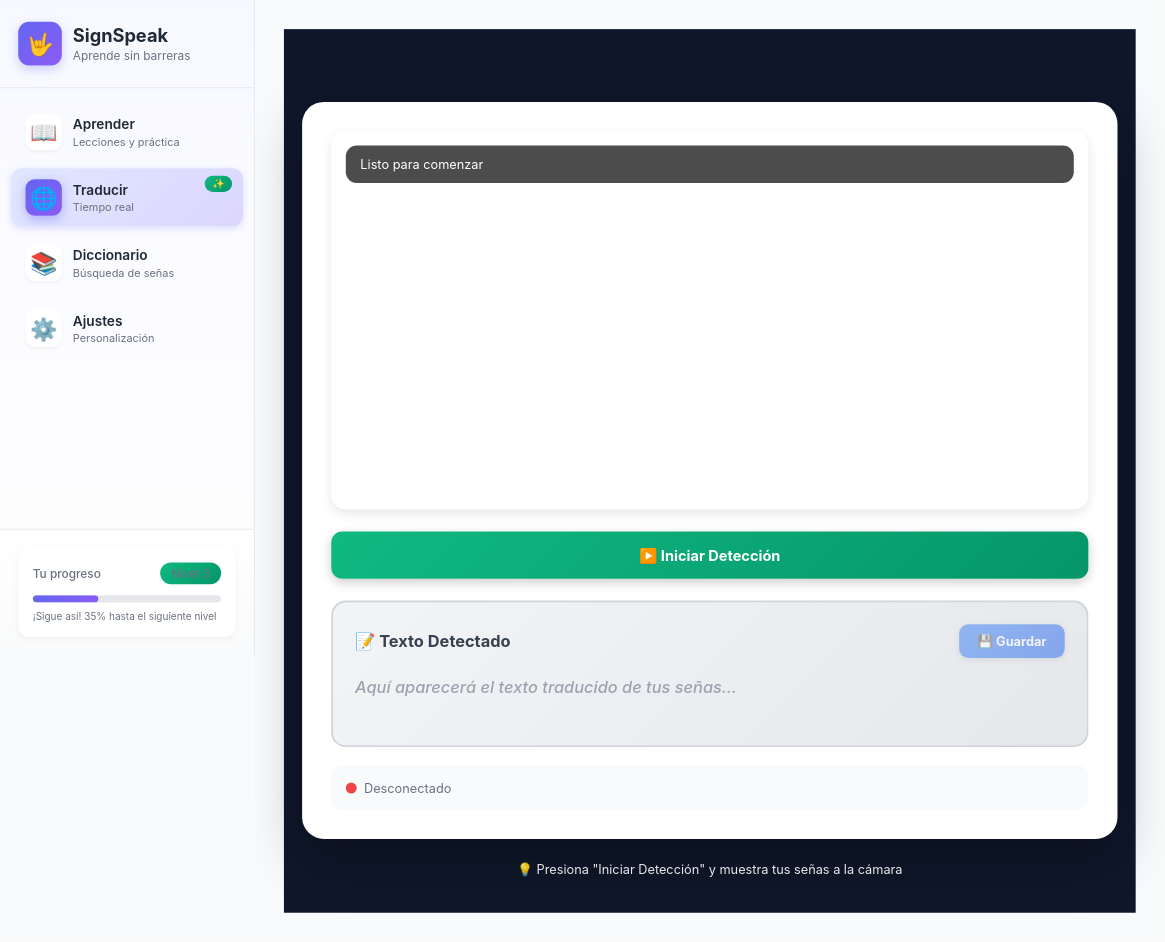
Repository: Aucarure/SignSpeak
Page: / (app in Usuario/frontend/)
The author's editor kept a copy of each file at every save. The page is drawn from the files as they stood at one save, then again after the next save.
The browser window is 1280 px wide. The pictures show the whole page, at 91% of full size.
The page's requests for data from a server got no answer. The project was rebuilt for these pictures with package versions that can differ from the ones it lists, and the page was loaded fresh each time. No one was signed in, and anything a server would have sent is missing. Also part of the build but not shown: Usuario/frontend/vite.config.js, Usuario/frontend/src/pages/Learn.jsx, Usuario/frontend/src/pages/Dictionary.jsx, Usuario/frontend/src/pages/Settings.jsx, Usuario/frontend/src/api/diccionario.js, Usuario/frontend/src/hooks/useDiccionario.js, Usuario/frontend/src/components/diccionario/SenaCard.jsx, Usuario/frontend/src/components/diccionario/UnityPlayer.jsx and 2 more.

Above is the page before, as saved 2025-12-04 11:43:40.

After the next save:
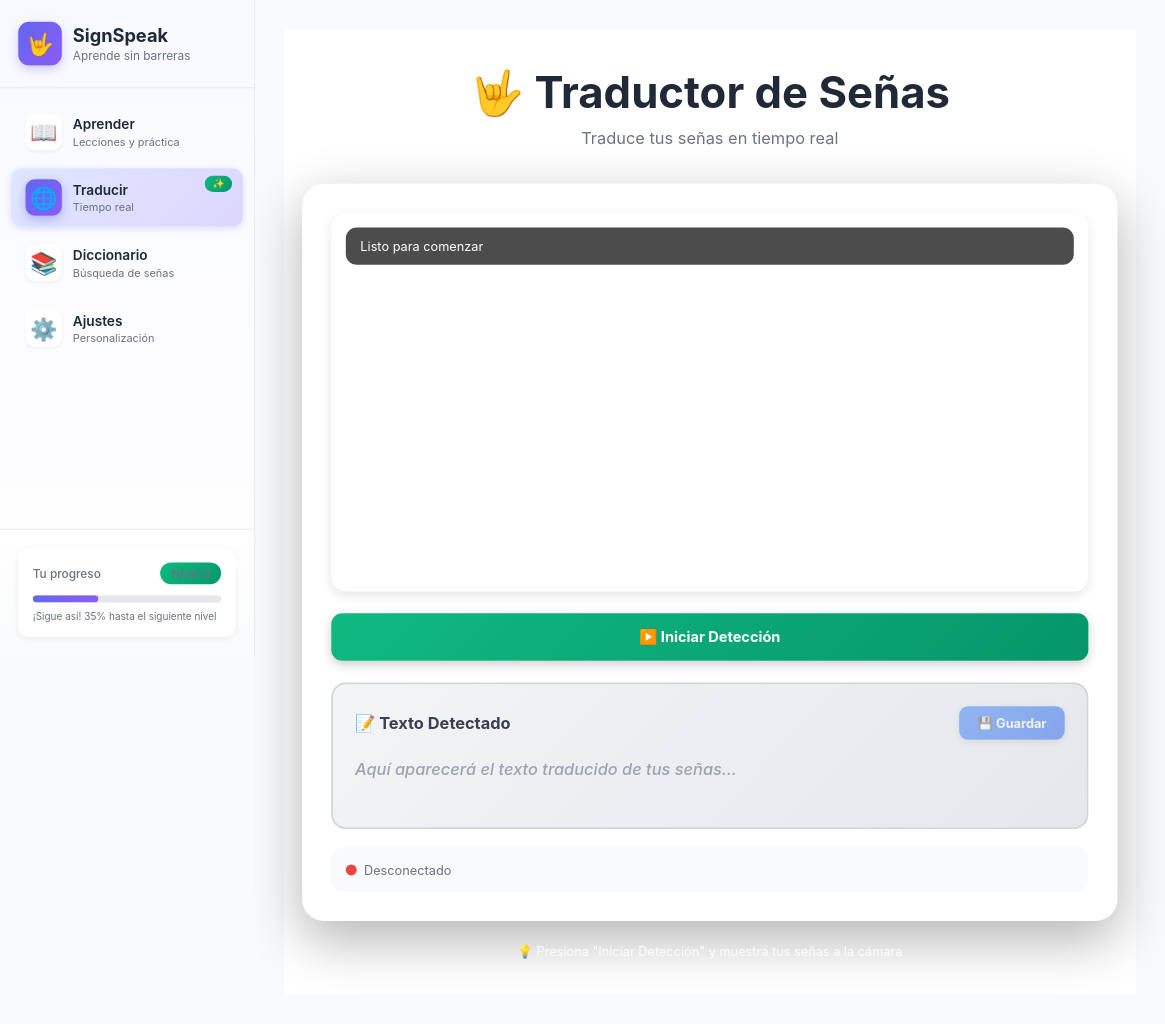
Saved 64 s later.
--- a/Usuario/frontend/src/pages/Translator.jsx
+++ b/Usuario/frontend/src/pages/Translator.jsx
@@ -209,7 +209,7 @@ function Translator() {
   return (
     <div style={{
       minHeight: '100vh',
-      background: '#0f172a',
+      background: '#ffffff',
       padding: '40px 20px'
     }}>
       <div style={{
@@ -220,21 +220,20 @@ function Translator() {
         <div style={{
           textAlign: 'center',
           marginBottom: '40px',
-          color: 'white'
+          color: '#1f2937'
         }}>
           <h1 style={{
             fontSize: '48px',
             fontWeight: 'bold',
-            marginBottom: '10px',
-            textShadow: '2px 2px 4px rgba(0,0,0,0.2)'
+            marginBottom: '10px'
           }}>
-
+            🤟 Traductor de Señas
           </h1>
           <p style={{
             fontSize: '18px',
-            opacity: 0.9
+            color: '#6b7280'
           }}>
-
+            Traduce tus señas en tiempo real
           </p>
         </div>
 
